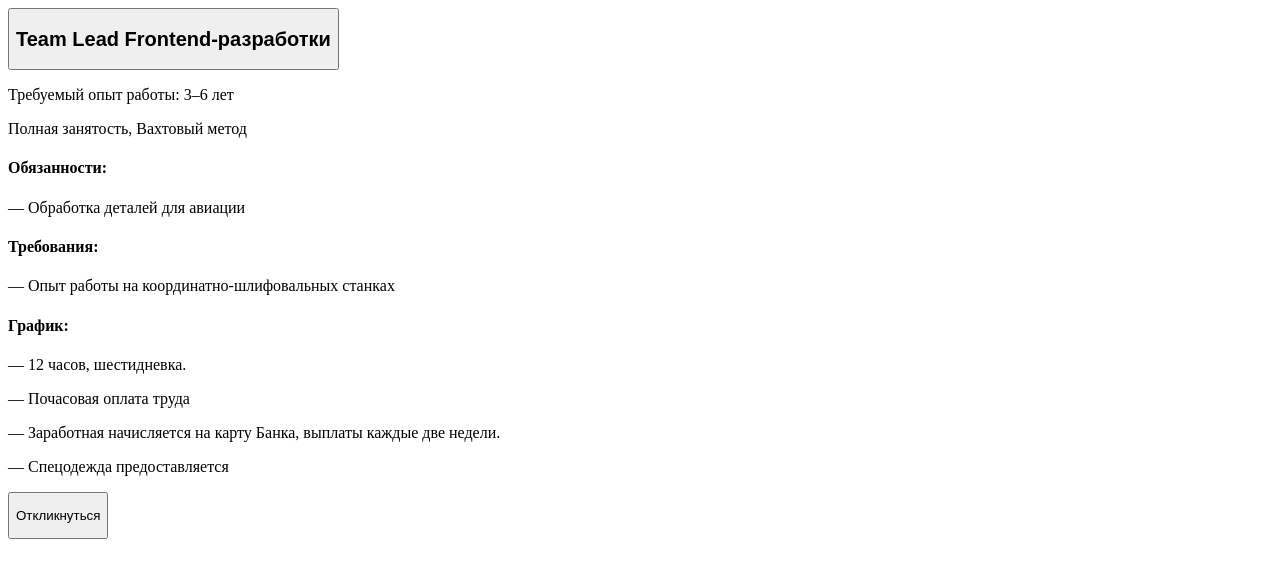
Repository: the-ASAP/AsapVerstka
Page: src/components/accordion.html
The author's editor kept a copy of each file at every save. The page is drawn from the files as they stood at one save, then again after the next save.
The browser window is 1280 px wide. The pictures show the whole page.

Above is the page before, as saved 2021-07-27 16:51:03.

After the next save:
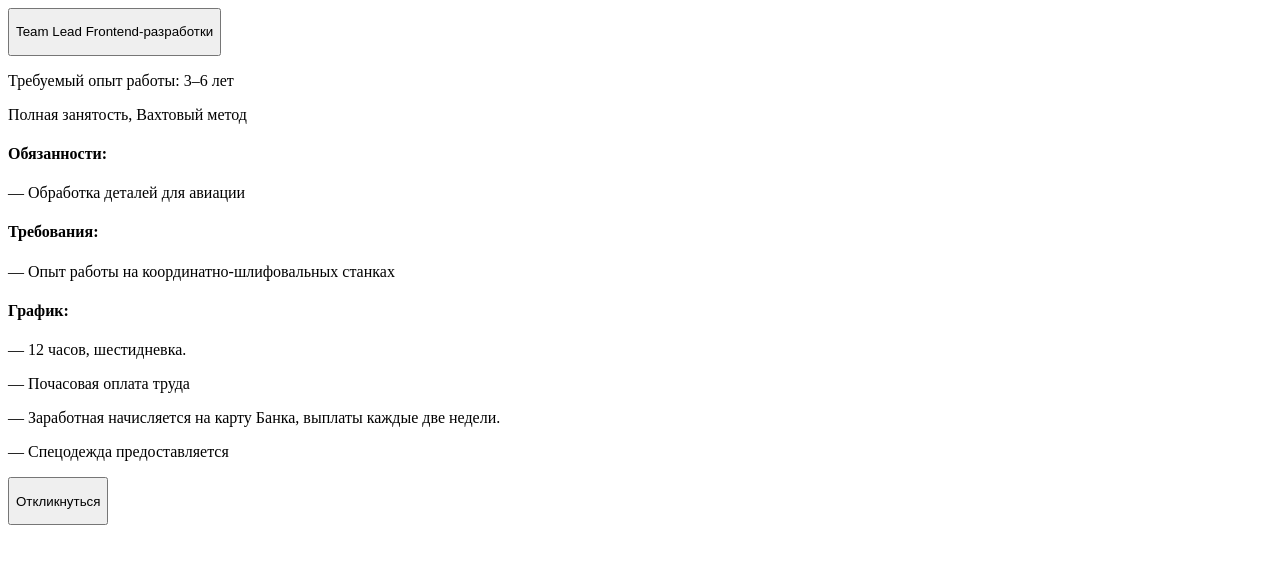
Saved 4 s later.
--- a/src/components/accordion.html
+++ b/src/components/accordion.html
@@ -1,8 +1,8 @@
 <section class="accordion">
     <button class="accordion__button">
-        <h2 class="accordion__button__text">
+        <p class="accordion__button__text">
             Team Lead Frontend-разработки
-        </h2>
+        </p>
     </button>
     <div class="accordion__info">
         <div class="accordion__info__firstText">
